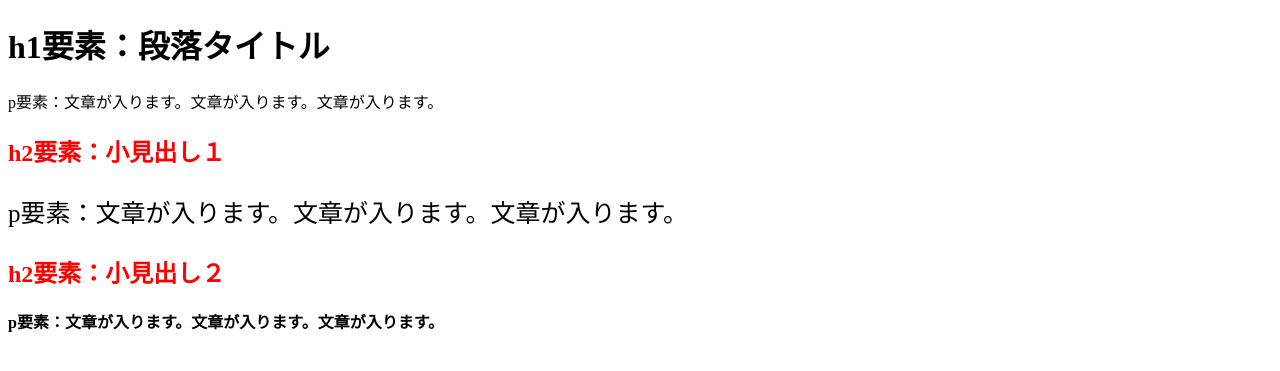
Repository: mizuki520/samurai_HTML-CSS
Page: index.html
The author's editor kept a record of every edit. The page is drawn from the files as they stood at one moment, then again after the next edit.
The browser window is 1280 px wide. The pictures show the whole page.

Above is the page before.

### index.html
<!DOCTYPE html>
<html lang-"ja">
 <head>
  <meta charset="UTF-8">
  <title>HTML/CSSの学習</title>
  <style>
   h2 {
    color: red;
   }
  </style>
  </head>
 <body>
  <h1>h1要素：段落タイトル</h1>
  <p>p要素：文章が入ります。文章が入ります。文章が入ります。</p>
  <h2>h2要素：小見出し１</h2>
  <p style="font-size: 25px;">
   p要素：文章が入ります。文章が入ります。文章が入ります。</p>
  <h2>h2要素：小見出し２</h2>
  <p style="font-weight: bold;">p要素：文章が入ります。文章が入ります。文章が入ります。</p>
 </body>
</html>

After the next edit:
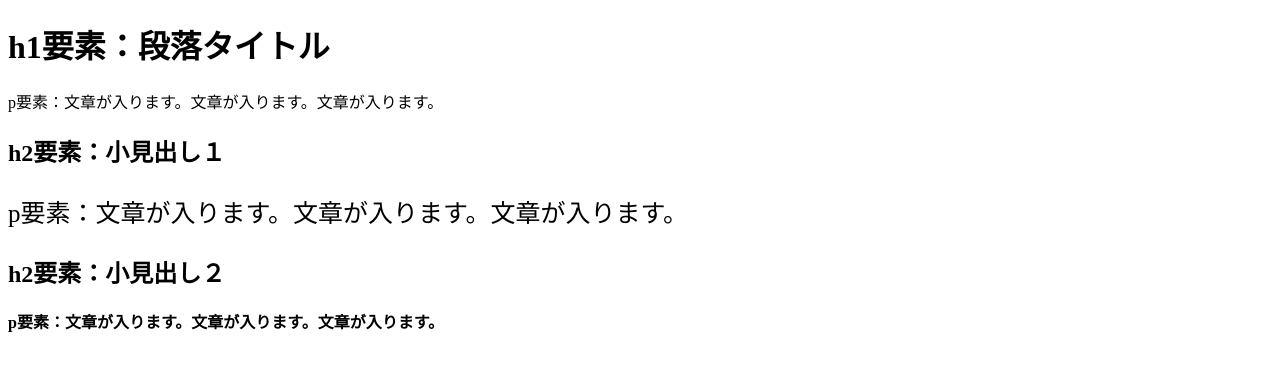
The edit:
--- a/index.html
+++ b/index.html
@@ -4,7 +4,7 @@
   <meta charset="UTF-8">
   <title>HTML/CSSの学習</title>
   <style>
-   h2 {
+   #red {
     color: red;
    }
   </style>
